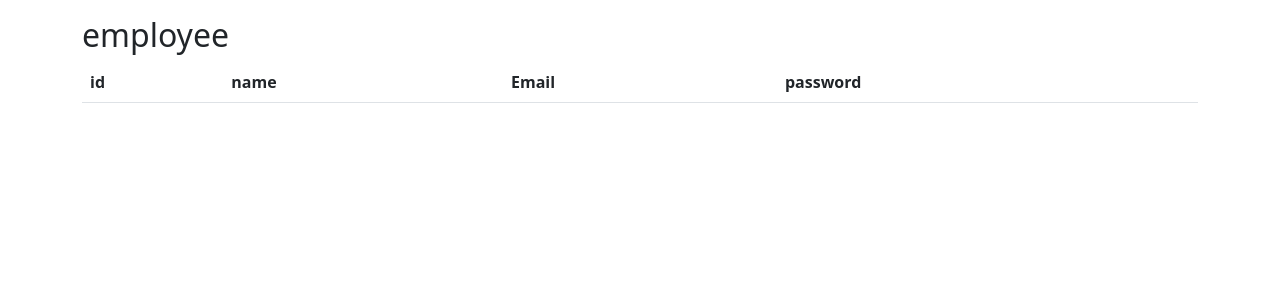
Repository: HoangLinh2001/PHP
Page: http://localhost/list_employee.php
These files come from the project's save history. The page is drawn as it stood at one moment and after the next save; the edit follows.
The browser window is 1280 px wide. The pictures show the whole page.
The page is run by PHP 8.4 with error messages shown; the project is at /var/www/html/.

Above is the page before, as saved 2023-06-20 20:32:44.

### DEMOPHPBUOI2/list_employee.php
<!DOCTYPE html>
<html lang="en">
<head>
  <title>Bootstrap Example</title>
  <meta charset="utf-8">
  <meta name="viewport" content="width=device-width, initial-scale=1">
  <link href="https://cdn.jsdelivr.net/npm/bootstrap@5.2.3/dist/css/bootstrap.min.css" rel="stylesheet">
  <script src="https://cdn.jsdelivr.net/npm/bootstrap@5.2.3/dist/js/bootstrap.bundle.min.js"></script>
</head>
<body>

<div class="container mt-3">
  <h2>employee</h2>
  <table class="table">
    <thead>
      <tr>
        <th>id</th>
        <th>name</th>
        <th>Email</th>
        <th>password</th>
      </tr>
    </thead>
    <tbody>
      <!-- <tr>
        <td>John</td>
        <td>Doe</td>
        <td>john@example.com</td>
      </tr> -->
    </tbody>
  </table>
</div>

</body>
</html>

After the next save:
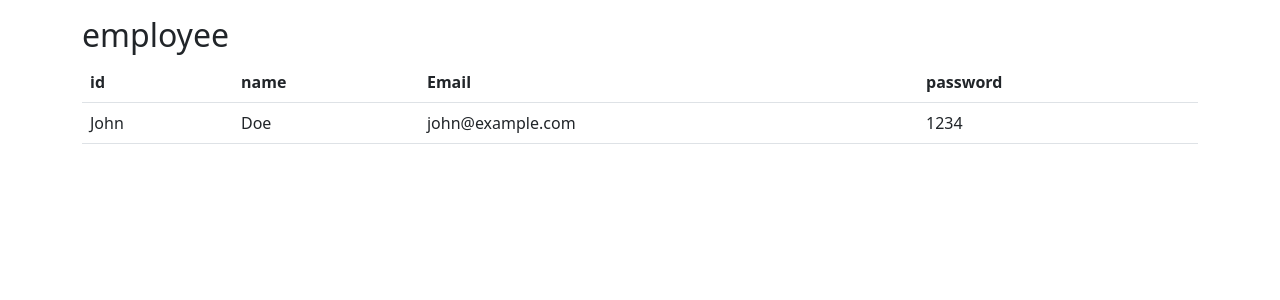
Saved 17 s later.
--- a/DEMOPHPBUOI2/list_employee.php
+++ b/DEMOPHPBUOI2/list_employee.php
@@ -21,11 +21,12 @@
       </tr>
     </thead>
     <tbody>
-      <!-- <tr>
+      <tr>
         <td>John</td>
         <td>Doe</td>
         <td>john@example.com</td>
-      </tr> -->
+        <td>1234</td>
+      </tr>
     </tbody>
   </table>
 </div>
